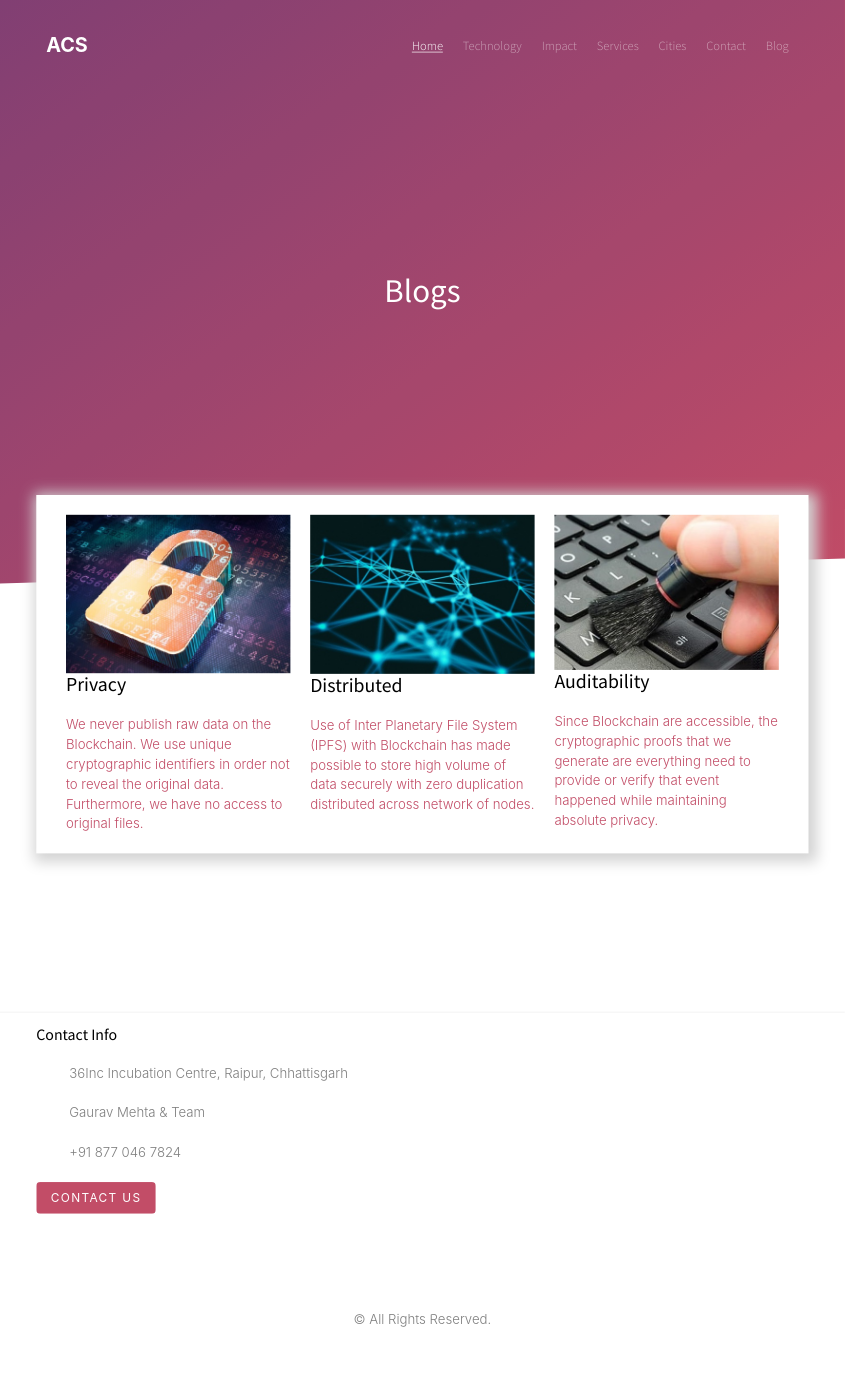
Repository: agarwalrahul-22/acs
Page: /blog
These files come from the project's save history. The page is drawn as it stood at one moment and after the next save; the edit follows.
The browser window is 1280 px wide. The pictures show the whole page, at 66% of full size.
Some web fonts or font styles are not loaded; a fallback is used. The project was rebuilt for these pictures with package versions that can differ from the ones it lists, and the page was loaded fresh each time. Also part of the build but not shown: src/components/main/LandingComponent.js, src/components/main/TechComponent.js, src/components/main/ImpactComponent.js, src/components/main/ServicesComponent.js, src/components/main/CitiesComponent.js, src/components/main/ContactComponent.js, src/components/MainComponent.js, src/components/IBlogComponent.js.

Above is the page before, as saved 2022-10-10 22:29:27.

### public/index.html
<!DOCTYPE html>
<html lang="en">
  <head>
    <meta charset="utf-8" />
    <link rel="icon" href="%PUBLIC_URL%/favicon.ico" />
    <meta name="viewport" content="width=device-width, initial-scale=1" />
    <meta name="theme-color" content="#000000" />
    <meta name="description" content="Blockchain based Atithi Compliance System" />
    <link rel="apple-touch-icon" href="%PUBLIC_URL%/logo192.png" />
    <link href='https://fonts.googleapis.com/css?family=Source+Sans+Pro:400,300,600,400italic,700' rel='stylesheet'
      type='text/css'>
    <link rel="stylesheet" href="css/animate.css">
    <link rel="stylesheet" href="css/icomoon.css">
    <link rel="stylesheet" href="css/simple-line-icons.css">
    <link rel="stylesheet" href="css/magnific-popup.css">
    <link rel="stylesheet" href="css/bootstrap.css">
    <link rel="stylesheet" href="css/style3.css">
    <!--
      manifest.json provides metadata used when your web app is installed on a
      user's mobile device or desktop. See https://developers.google.com/web/fundamentals/web-app-manifest/
    -->
    <link rel="manifest" href="%PUBLIC_URL%/manifest.json" />
    <!--
      Notice the use of %PUBLIC_URL% in the tags above.
      It will be replaced with the URL of the `public` folder during the build.
      Only files inside the `public` folder can be referenced from the HTML.

      Unlike "/favicon.ico" or "favicon.ico", "%PUBLIC_URL%/favicon.ico" will
      work correctly both with client-side routing and a non-root public URL.
      Learn how to configure a non-root public URL by running `npm run build`.
    -->
    <title>Atithi Compliance System</title>
  </head>
  <body>
    <noscript>You need to enable JavaScript to run this app.</noscript>
    <div id="root"></div>
    <!--
      This HTML file is a template.
      If you open it directly in the browser, you will see an empty page.

      You can add webfonts, meta tags, or analytics to this file.
      The build step will place the bundled scripts into the <body> tag.

      To begin the development, run `npm start` or `yarn start`.
      To create a production bundle, use `npm run build` or `yarn build`.
    -->
  </body>
</html>

### src/components/FooterComponent.js
import React from 'react'

export default function FooterComponent() {
  return (
    <div>
      <section id="fh5co-contact" data-section="contact">
        <hr style={{ color: "pink" }} />
        <div className="container">
          <div className="row">
            <div className="row row-bottom-padded-md">
              <div className="col-md-6 to-animate">
                <h3>Contact Info</h3>
                <ul className="fh5co-contact-info">
                  <li>
                    <i className="icon-home"></i>36Inc Incubation Centre,
                    Raipur, Chhattisgarh
                  </li>
                  <li>
                    <i className="icon-envelope"></i>Gaurav Mehta & Team
                  </li>
                  <li>
                    <i className="icon-phone"></i>+91 877 046 7824
                  </li>
                </ul>
                <div className="form-group ">
                  <a
                    rel="noopener"
                    className="btn btn-primary btn-lg"
                    target="_blank"
                    href="https://docs.google.com/forms/d/e/1FAIpQLScY8eRM8vKYqxOk8EkxHlNGjagj-Hm-ePQu4LbVlgjD5vNo3w/viewform"
                  >
                    Contact Us
                  </a>
                </div>
              </div>
            </div>
          </div>
        </div>
      </section>
      <footer id="footer" role="contentinfo">
        <a href="#" className="gotop js-gotop">
          <i className="icon-arrow-up2"></i>
        </a>
        <div className="container">
          <div className="">
            <div className="col-md-12 text-center">
              <p>&copy; All Rights Reserved.</p>
            </div>
          </div>
        </div>
      </footer>
    </div>
  );
}

### public/css/simple-line-icons.css
@font-face {
  font-family: 'simple-line-icons';
  src:  url('../fonts/simple-line-icons/Simple-Line-Icons.eot?v=2.2.2');
  src:  url('../fonts/simple-line-icons/Simple-Line-Icons.eot?#iefix&v=2.2.2') format('embedded-opentype'),
        url('../fonts/simple-line-icons/Simple-Line-Icons.ttf?v=2.2.2') format('truetype'),
        url('../fonts/simple-line-icons/Simple-Line-Icons.woff2?v=2.2.2') format('woff2'),
        url('../fonts/simple-line-icons/Simple-Line-Icons.woff?v=2.2.2') format('woff'),
        url('../fonts/simple-line-icons/Simple-Line-Icons.svg?v=2.2.2#simple-line-icons') format('svg');
  font-weight: normal;
  font-style: normal;
}
/*
 Use the following CSS code if you want to have a class per icon.
 Instead of a list of all class selectors, you can use the generic [class*="icon-"] selector, but it's slower:
*/
.icon-user,
.icon-people,
.icon-user-female,
.icon-user-follow,
.icon-user-following,
.icon-user-unfollow,
.icon-login,
.icon-logout,
.icon-emotsmile,
.icon-phone,
.icon-call-end,
.icon-call-in,
.icon-call-out,
.icon-map,
.icon-location-pin,
.icon-direction,
.icon-directions,
.icon-compass,
.icon-layers,
.icon-menu,
.icon-list,
.icon-options-vertical,
.icon-options,
.icon-arrow-down,
.icon-arrow-left,
.icon-arrow-right,
.icon-arrow-up,
.icon-arrow-up-circle,
.icon-arrow-left-circle,
.icon-arrow-right-circle,
.icon-arrow-down-circle,
.icon-check,
.icon-clock,
.icon-plus,
.icon-close,
.icon-trophy,
.icon-screen-smartphone,
.icon-screen-desktop,
.icon-plane,
.icon-notebook,
.icon-mustache,
.icon-mouse,
.icon-magnet,
.icon-energy,
.icon-disc,
.icon-cursor,
.icon-cursor-move,
.icon-crop,
.icon-chemistry,
.icon-speedometer,
.icon-shield,
.icon-screen-tablet,
.icon-magic-wand,
.icon-hourglass,
.icon-graduation,
.icon-ghost,
.icon-game-controller,
.icon-fire,
.icon-eyeglass,
.icon-envelope-open,
.icon-envelope-letter,
.icon-bell,
.icon-badge,
.icon-anchor,
.icon-wallet,
.icon-vector,
.icon-speech,
.icon-puzzle,
.icon-printer,
.icon-present,
.icon-playlist,
.icon-pin,
.icon-picture,
.icon-handbag,
.icon-globe-alt,
.icon-globe,
.icon-folder-alt,
.icon-folder,
.icon-film,
.icon-feed,
.icon-drop,
.icon-drawar,
.icon-docs,
.icon-doc,
.icon-diamond,
.icon-cup,
.icon-calculator,
.icon-bubbles,
.icon-briefcase,
.icon-book-open,
.icon-basket-loaded,
.icon-basket,
.icon-bag,
.icon-action-undo,
.icon-action-redo,
.icon-wrench,
.icon-umbrella,
.icon-trash,
.icon-tag,
.icon-support,
.icon-frame,
.icon-size-fullscreen,
.icon-size-actual,
.icon-shuffle,
.icon-share-alt,
.icon-share,
.icon-rocket,
.icon-question,
.icon-pie-chart,
.icon-pencil,
.icon-note,
.icon-loop,
.icon-home,
.icon-grid,
.icon-graph,
.icon-microphone,
.icon-music-tone-alt,
.icon-music-tone,
.icon-earphones-alt,
.icon-earphones,
.icon-equalizer,
.icon-like,
.icon-dislike,
.icon-control-start,
.icon-control-rewind,
.icon-control-play,
.icon-control-pause,
.icon-control-forward,
.icon-control-end,
.icon-volume-1,
.icon-volume-2,
.icon-volume-off,
.icon-calendar,
.icon-bulb,
.icon-chart,
.icon-ban,
.icon-bubble,
.icon-camrecorder,
.icon-camera,
.icon-cloud-download,
.icon-cloud-upload,
.icon-envelope,
.icon-eye,
.icon-flag,
.icon-heart,
.icon-info,
.icon-key,
.icon-link,
.icon-lock,
.icon-lock-open,
.icon-magnifier,
.icon-magnifier-add,
.icon-magnifier-remove,
.icon-paper-clip,
.icon-paper-plane,
.icon-power,
.icon-refresh,
.icon-reload,
.icon-settings,
.icon-star,
.icon-symble-female,
.icon-symbol-male,
.icon-target,
.icon-credit-card,
.icon-paypal,
.icon-social-tumblr,
.icon-social-twitter,
.icon-social-facebook,
.icon-social-instagram,
.icon-social-linkedin,
.icon-social-pinterest,
.icon-social-github,
.icon-social-gplus,
.icon-social-reddit,
.icon-social-skype,
.icon-social-dribbble,
.icon-social-behance,
.icon-social-foursqare,
.icon-social-soundcloud,
.icon-social-spotify,
.icon-social-stumbleupon,
.icon-social-youtube,
.icon-social-dropbox {
  font-family: 'simple-line-icons';
  speak: none;
  font-style: normal;
  font-weight: normal;
  font-variant: normal;
  text-transform: none;
  line-height: 1;
  /* Better Font Rendering =========== */
  -webkit-font-smoothing: antialiased;
  -moz-osx-font-smoothing: grayscale;
}
.icon-user:before {
  content: "\e005";
}
.icon-people:before {
  content: "\e001";
}
.icon-user-female:before {
  content: "\e000";
}
.icon-user-follow:before {
  content: "\e002";
}
.icon-user-following:before {
  content: "\e003";
}
.icon-user-unfollow:before {
  content: "\e004";
}
.icon-login:before {
  content: "\e066";
}
.icon-logout:before {
  content: "\e065";
}
.icon-emotsmile:before {
  content: "\e021";
}
.icon-phone:before {
  content: "\e600";
}
.icon-call-end:before {
  content: "\e048";
}
.icon-call-in:before {
  content: "\e047";
}
.icon-call-out:before {
  content: "\e046";
}
.icon-map:before {
  content: "\e033";
}
.icon-location-pin:before {
  content: "\e096";
}
.icon-direction:before {
  content: "\e042";
}
.icon-directions:before {
  content: "\e041";
}
.icon-compass:before {
  content: "\e045";
}
.icon-layers:before {
  content: "\e034";
}
.icon-menu:before {
  content: "\e601";
}
.icon-list:before {
  content: "\e067";
}
.icon-options-vertical:before {
  content: "\e602";
}
.icon-options:before {
  content: "\e603";
}
.icon-arrow-down:before {
  content: "\e604";
}
.icon-arrow-left:before {
  content: "\e605";
}
.icon-arrow-right:before {
  content: "\e606";
}
.icon-arrow-up:before {
  content: "\e607";
}
.icon-arrow-up-circle:before {
  content: "\e078";
}
.icon-arrow-left-circle:before {
  content: "\e07a";
}
.icon-arrow-right-circle:before {
  content: "\e079";
}
.icon-arrow-down-circle:before {
  content: "\e07b";
}
.icon-check:before {
  content: "\e080";
}
.icon-clock:before {
  content: "\e081";
}
.icon-plus:before {
  content: "\e095";
}
.icon-close:before {
  content: "\e082";
}
.icon-trophy:before {
  content: "\e006";
}
.icon-screen-smartphone:before {
  content: "\e010";
}
.icon-screen-desktop:before {
  content: "\e011";
}
.icon-plane:before {
  content: "\e012";
}
.icon-notebook:before {
  content: "\e013";
}
.icon-mustache:before {
  content: "\e014";
}
.icon-mouse:before {
  content: "\e015";
}
.icon-magnet:before {
  content: "\e016";
}
.icon-energy:before {
  content: "\e020";
}
.icon-disc:before {
  content: "\e022";
}
.icon-cursor:before {
  content: "\e06e";
}
.icon-cursor-move:before {
  content: "\e023";
}
.icon-crop:before {
  content: "\e024";
}
.icon-chemistry:before {
  content: "\e026";
}
.icon-speedometer:before {
  content: "\e007";
}
.icon-shield:before {
  content: "\e00e";
}
.icon-screen-tablet:before {
  content: "\e00f";
}
.icon-magic-wand:before {
  content: "\e017";
}
.icon-hourglass:before {
  content: "\e018";
}
.icon-graduation:before {
  content: "\e019";
}
.icon-ghost:before {
  content: "\e01a";
}
.icon-game-controller:before {
  content: "\e01b";
}
.icon-fire:before {
  content: "\e01c";
}
.icon-eyeglass:before {
  content: "\e01d";
}
.icon-envelope-open:before {
  content: "\e01e";
}
.icon-envelope-letter:before {
  content: "\e01f";
}
.icon-bell:before {
  content: "\e027";
}
.icon-badge:before {
  content: "\e028";
}
.icon-anchor:before {
  content: "\e029";
}
.icon-wallet:before {
  content: "\e02a";
}
.icon-vector:before {
  content: "\e02b";
}
.icon-speech:before {
  content: "\e02c";
}
.icon-puzzle:before {
  content: "\e02d";
}
.icon-printer:before {
  content: "\e02e";
}
.icon-present:before {
  content: "\e02f";
}
.icon-playlist:before {
  content: "\e030";
}
.icon-pin:before {
  content: "\e031";
}
.icon-picture:before {
  content: "\e032";
}
.icon-handbag:before {
  content: "\e035";
}
.icon-globe-alt:before {
  content: "\e036";
}
.icon-globe:before {
  content: "\e037";
}
.icon-folder-alt:before {
  content: "\e039";
}
.icon-folder:before {
  content: "\e089";
}
.icon-film:before {
  content: "\e03a";
}
.icon-feed:before {
  content: "\e03b";
}
.icon-drop:before {
  content: "\e03e";
}
.icon-drawar:before {
  content: "\e03f";
}
.icon-docs:before {
  content: "\e040";
}
.icon-doc:before {
  content: "\e085";
}
.icon-diamond:before {
  content: "\e043";
}
.icon-cup:before {
  content: "\e044";
}
.icon-calculator:before {
  content: "\e049";
}
.icon-bubbles:before {
  content: "\e04a";
}
.icon-briefcase:before {
  content: "\e04b";
}
.icon-book-open:before {
  content: "\e04c";
}
.icon-basket-loaded:before {
  content: "\e04d";
}
.icon-basket:before {
  content: "\e04e";
}
.icon-bag:before {
  content: "\e04f";
}
.icon-action-undo:before {
  content: "\e050";
}
.icon-action-redo:before {
  content: "\e051";
}
.icon-wrench:before {
  content: "\e052";
}
.icon-umbrella:before {
  content: "\e053";
}
.icon-trash:before {
  content: "\e054";
}
.icon-tag:before {
  content: "\e055";
}
.icon-support:before {
  content: "\e056";
}
.icon-frame:before {
  content: "\e038";
}
.icon-size-fullscreen:before {
  content: "\e057";
}
.icon-size-actual:before {
  content: "\e058";
}
.icon-shuffle:before {
  content: "\e059";
}
.icon-share-alt:before {
  content: "\e05a";
}
.icon-share:before {
  content: "\e05b";
}
.icon-rocket:before {
  content: "\e05c";
}
.icon-question:before {
  content: "\e05d";
}
.icon-pie-chart:before {
  content: "\e05e";
}
.icon-pencil:before {
  content: "\e05f";
}
.icon-note:before {
  content: "\e060";
}
.icon-loop:before {
  content: "\e064";
}
.icon-home:before {
  content: "\e069";
}
.icon-grid:before {
  content: "\e06a";
}
.icon-graph:before {
  content: "\e06b";
}
.icon-microphone:before {
  content: "\e063";
}
.icon-music-tone-alt:before {
  content: "\e061";
}
.icon-music-tone:before {
  content: "\e062";
}
.icon-earphones-alt:before {
  content: "\e03c";
}
.icon-earphones:before {
  content: "\e03d";
}
.icon-equalizer:before {
  content: "\e06c";
}
.icon-like:before {
  content: "\e068";
}
.icon-dislike:before {
  content: "\e06d";
}
.icon-control-start:before {
  content: "\e06f";
}
.icon-control-rewind:before {
  content: "\e070";
}
.icon-control-play:before {
  content: "\e071";
}
.icon-control-pause:before {
  content: "\e072";
}
.icon-control-forward:before {
  content: "\e073";
}
.icon-control-end:before {
  content: "\e074";
}
.icon-volume-1:before {
  content: "\e09f";
}
.icon-volume-2:before {
  content: "\e0a0";
}
.icon-volume-off:before {
  content: "\e0a1";
}
.icon-calendar:before {
  content: "\e075";
}
.icon-bulb:before {
  content: "\e076";
}
.icon-chart:before {
  content: "\e077";
}
.icon-ban:before {
  content: "\e07c";
}
.icon-bubble:before {
  content: "\e07d";
}
.icon-camrecorder:before {
  content: "\e07e";
}
.icon-camera:before {
  content: "\e07f";
}
.icon-cloud-download:before {
  content: "\e083";
}
.icon-cloud-upload:before {
  content: "\e084";
}
.icon-envelope:before {
  content: "\e086";
}
.icon-eye:before {
  content: "\e087";
}
.icon-flag:before {
  content: "\e088";
}
.icon-heart:before {
  content: "\e08a";
}
.icon-info:before {
  content: "\e08b";
}
.icon-key:before {
  content: "\e08c";
}
.icon-link:before {
  content: "\e08d";
}
.icon-lock:before {
  content: "\e08e";
}
.icon-lock-open:before {
  content: "\e08f";
}
.icon-magnifier:before {
  content: "\e090";
}
.icon-magnifier-add:before {
  content: "\e091";
}
.icon-magnifier-remove:before {
  content: "\e092";
}
.icon-paper-clip:before {
  content: "\e093";
}
.icon-paper-plane:before {
  content: "\e094";
}
.icon-power:before {
  content: "\e097";
}
.icon-refresh:before {
  content: "\e098";
}
.icon-reload:before {
  content: "\e099";
}
.icon-settings:before {
  content: "\e09a";
}
.icon-star:before {
  content: "\e09b";
}
.icon-symble-female:before {
  content: "\e09c";
}
.icon-symbol-male:before {
  content: "\e09d";
}
.icon-target:before {
  content: "\e09e";
}
.icon-credit-card:before {
  content: "\e025";
}
.icon-paypal:before {
  content: "\e608";
}
.icon-social-tumblr:before {
  content: "\e00a";
}
.icon-social-twitter:before {
  content: "\e009";
}
.icon-social-facebook:before {
  content: "\e00b";
}
.icon-social-instagram:before {
  content: "\e609";
}
.icon-social-linkedin:before {
  content: "\e60a";
}
.icon-social-pinterest:before {
  content: "\e60b";
}
.icon-social-github:before {
  content: "\e60c";
}
.icon-social-gplus:before {
  content: "\e60d";
}
.icon-social-reddit:before {
  content: "\e60e";
}
.icon-social-skype:before {
  content: "\e60f";
}
.icon-social-dribbble:before {
  content: "\e00d";
}
.icon-social-behance:before {
  content: "\e610";
}
.icon-social-foursqare:before {
  content: "\e611";
}
.icon-social-soundcloud:before {
  content: "\e612";
}
.icon-social-spotify:before {
  content: "\e613";
}
.icon-social-stumbleupon:before {
  content: "\e614";
}
.icon-social-youtube:before {
  content: "\e008";
}
.icon-social-dropbox:before {
  content: "\e00c";
}

Loaded but not shown: src/index.js (common file); src/index.css (common file); src/reportWebVitals.js (common file); public/css/animate.css (library); public/css/icomoon.css (common file); public/css/magnific-popup.css (library); public/css/bootstrap.css (library); src/components/BlogComponent.js (91 lines, source omitted); src/components/HeaderComponent.js (68 lines, source omitted); src/App.js (40 lines, source omitted); public/css/style3.css (1411 lines, source omitted)

After the next save:
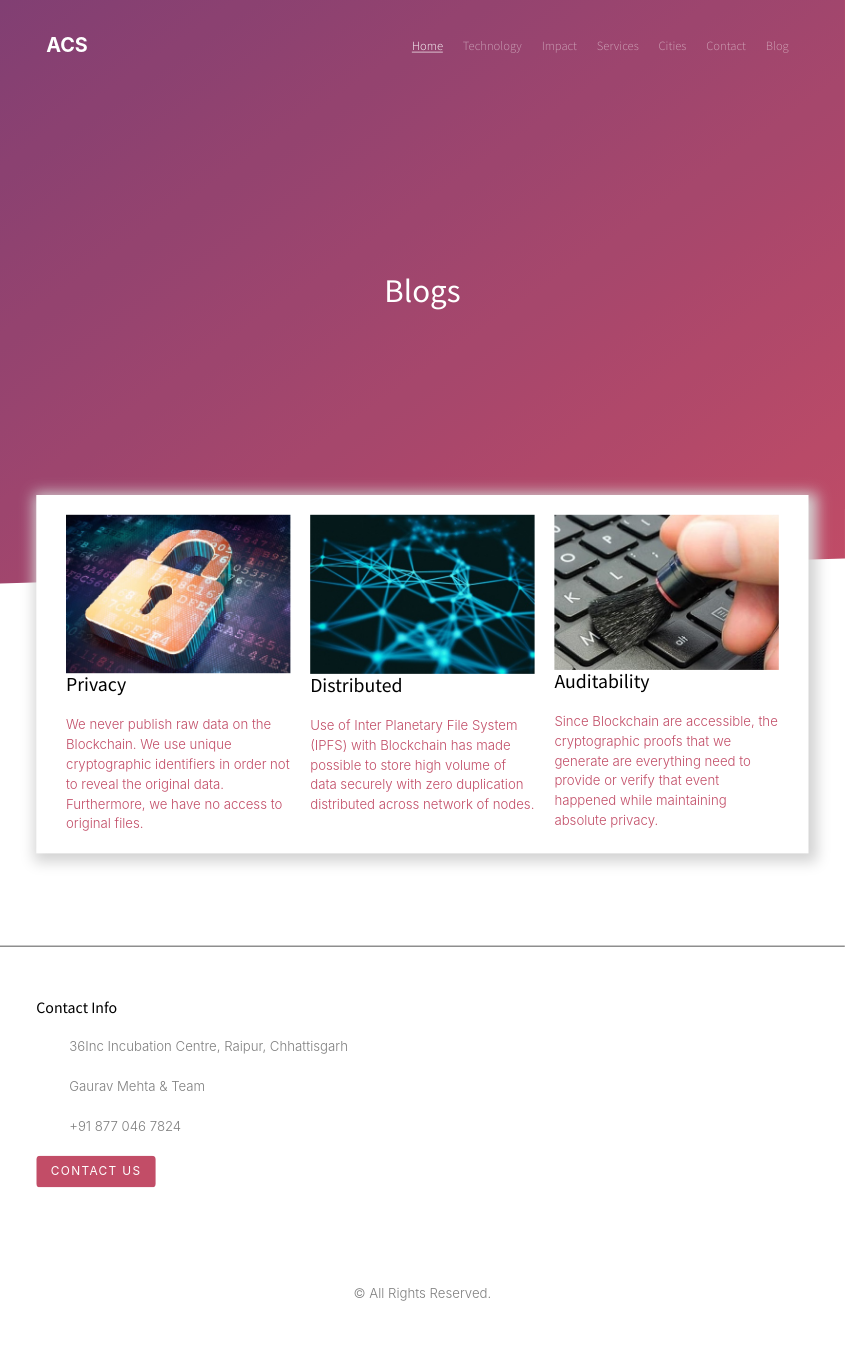
Saved 33 s later.
--- a/src/components/FooterComponent.js
+++ b/src/components/FooterComponent.js
@@ -3,8 +3,7 @@ import React from 'react'
 export default function FooterComponent() {
   return (
     <div>
-      <section id="fh5co-contact" data-section="contact">
-        <hr style={{ color: "pink" }} />
+      <section id="fh5co-contact" data-section="contact" style={{borderTop:'1px solid black'}}>
         <div className="container">
           <div className="row">
             <div className="row row-bottom-padded-md">
